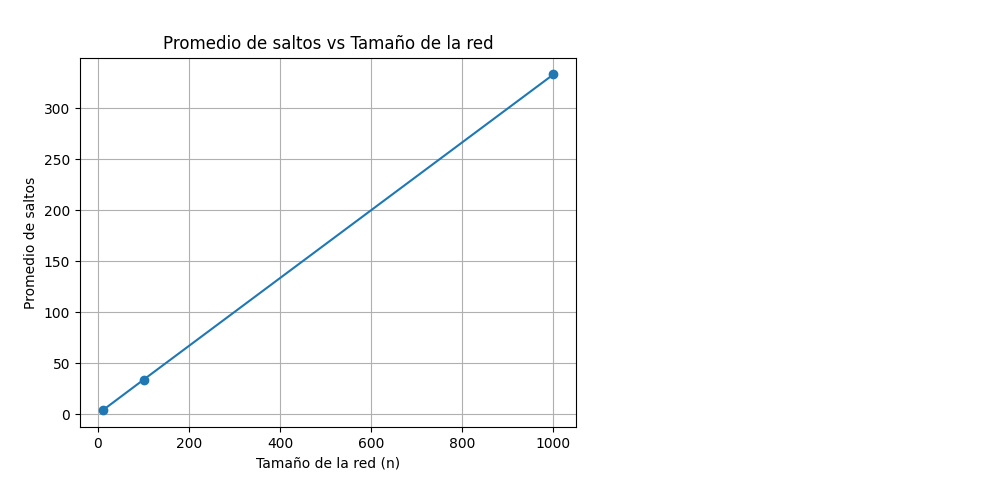
Repository: Carpinteron/TallerrRedes
Script's output: python SimulacionTaller.py
These files come from the project's save history. The script's output is drawn as it stood at one moment and after the next save; the edit follows.
Random numbers start from a fixed seed.

Above is the script's output before, as saved 2025-02-11 08:29:52.

After the next save:
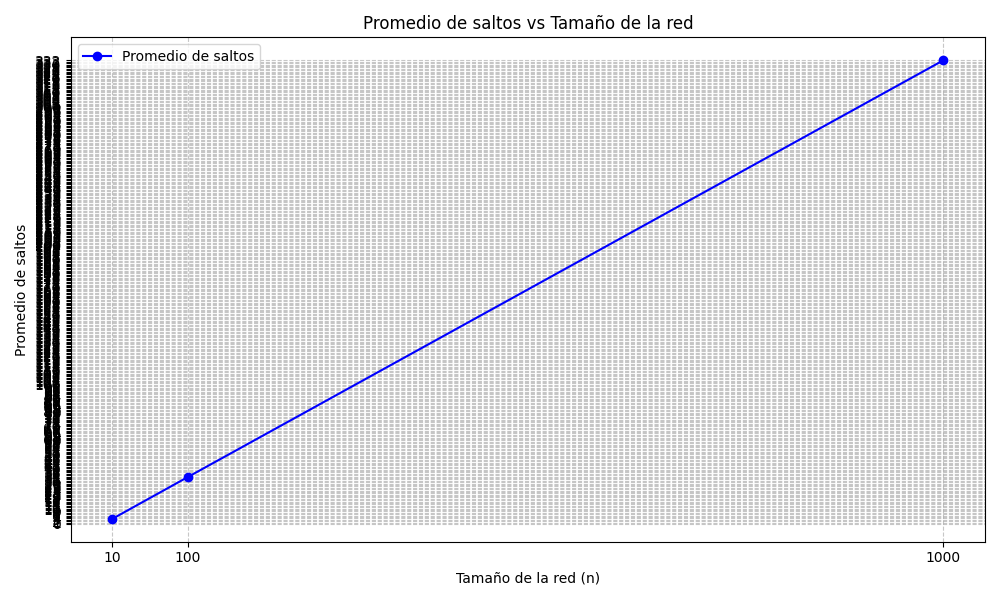
Saved 65 s later.
--- a/SimulacionTaller.py
+++ b/SimulacionTaller.py
@@ -38,9 +38,14 @@
 
 # Grafica
 # Graficar los resultados
-plt.plot(tamanos, promedios, marker='o')
+plt.figure(figsize=(10, 6)) # Ajustar el tamaño de la figura
+plt.plot(tamanos, promedios, marker='o', linestyle='-', color='b', label='Promedio de saltos')
 plt.xlabel('Tamaño de la red (n)')
 plt.ylabel('Promedio de saltos')
 plt.title('Promedio de saltos vs Tamaño de la red')
-plt.grid(True)
+plt.xticks(tamanos) # Asegurarse de que todos los tamaños de red estén en el eje x
+plt.yticks(range(0, int(max(promedios)) + 1)) # Ajustar los ticks del eje y
+plt.grid(True, linestyle='--', alpha=0.7) # Mejorar la visualización de la cuadrícula
+plt.legend()
+plt.tight_layout() # Ajustar el layout para que todo se vea bien
 plt.show()

After the save that followed:
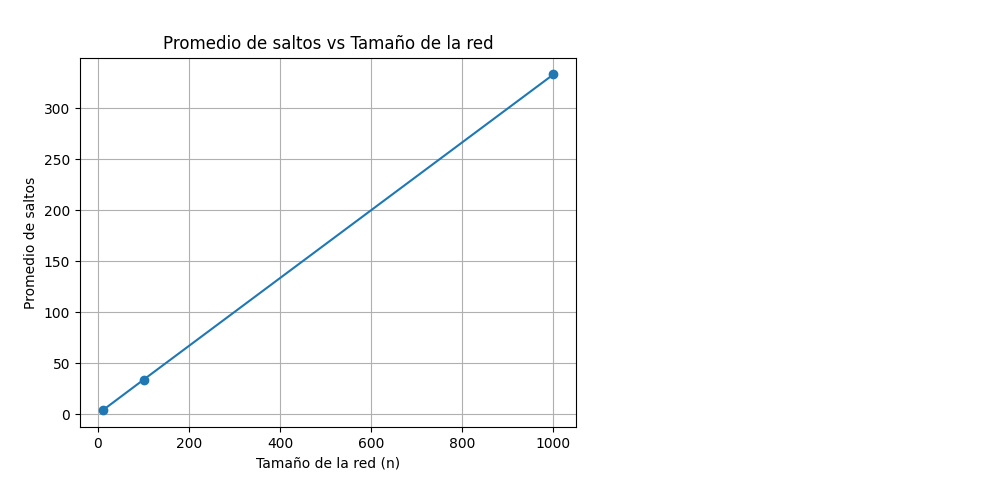
Saved 25 s later.
--- a/SimulacionTaller.py
+++ b/SimulacionTaller.py
@@ -38,14 +38,9 @@
 
 # Grafica
 # Graficar los resultados
-plt.figure(figsize=(10, 6)) # Ajustar el tamaño de la figura
-plt.plot(tamanos, promedios, marker='o', linestyle='-', color='b', label='Promedio de saltos')
+plt.plot(tamanos, promedios, marker='o')
 plt.xlabel('Tamaño de la red (n)')
 plt.ylabel('Promedio de saltos')
 plt.title('Promedio de saltos vs Tamaño de la red')
-plt.xticks(tamanos) # Asegurarse de que todos los tamaños de red estén en el eje x
-plt.yticks(range(0, int(max(promedios)) + 1)) # Ajustar los ticks del eje y
-plt.grid(True, linestyle='--', alpha=0.7) # Mejorar la visualización de la cuadrícula
-plt.legend()
-plt.tight_layout() # Ajustar el layout para que todo se vea bien
+plt.grid(True)
 plt.show()
